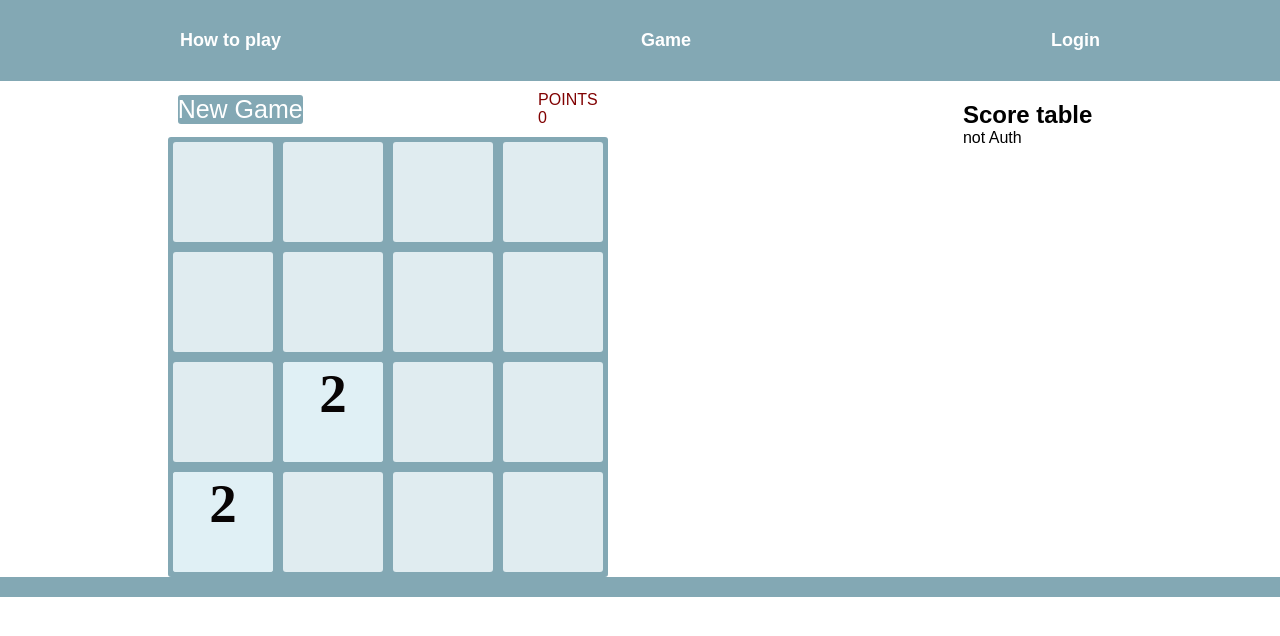
Repository: nika-otter/2048
Page: / (app in client/)
An editor plug-in stored every save of this project. The page is shown before and after the next save, followed by the edit.
The browser window is 1280 px wide. The pictures show the whole page.
The project was rebuilt for these pictures with package versions that can differ from the ones it lists, and the page was loaded fresh each time. Also part of the build but not shown: client/src/App.css, client/src/components/Login/LoginForm.js, client/src/pages/account/index.jsx, client/src/components/Game/GameOverlay.jsx, client/src/pages/Instruction/index.jsx, client/src/pages/Login/index.jsx. Imported but missing from the stored project, and not drawn on this page: client/src/components/InstructionPage/InstructionPage.

Above is the page before, as saved 2023-04-30 14:43:46.

After the next save:
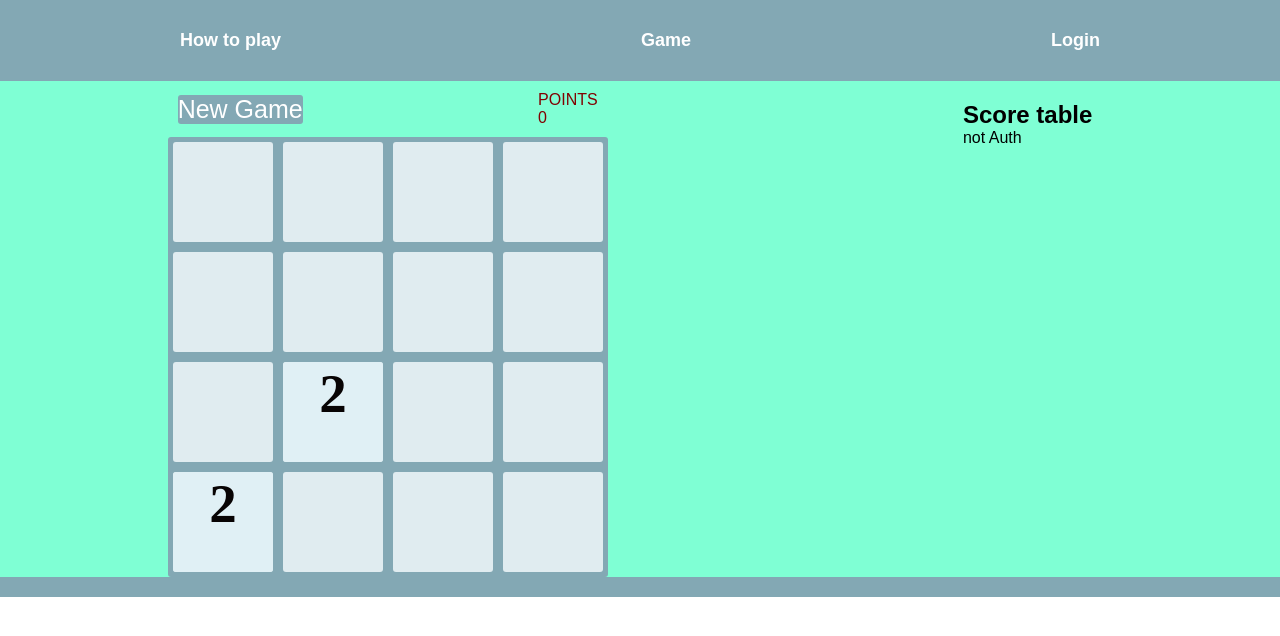
Saved 20 s later.
--- a/client/src/index.css
+++ b/client/src/index.css
@@ -7,7 +7,7 @@
   width: 100vw;
   height: 100%;
 
-  /* background-color: aquamarine; */
+  background-color: aquamarine;
 }
 
 body {
